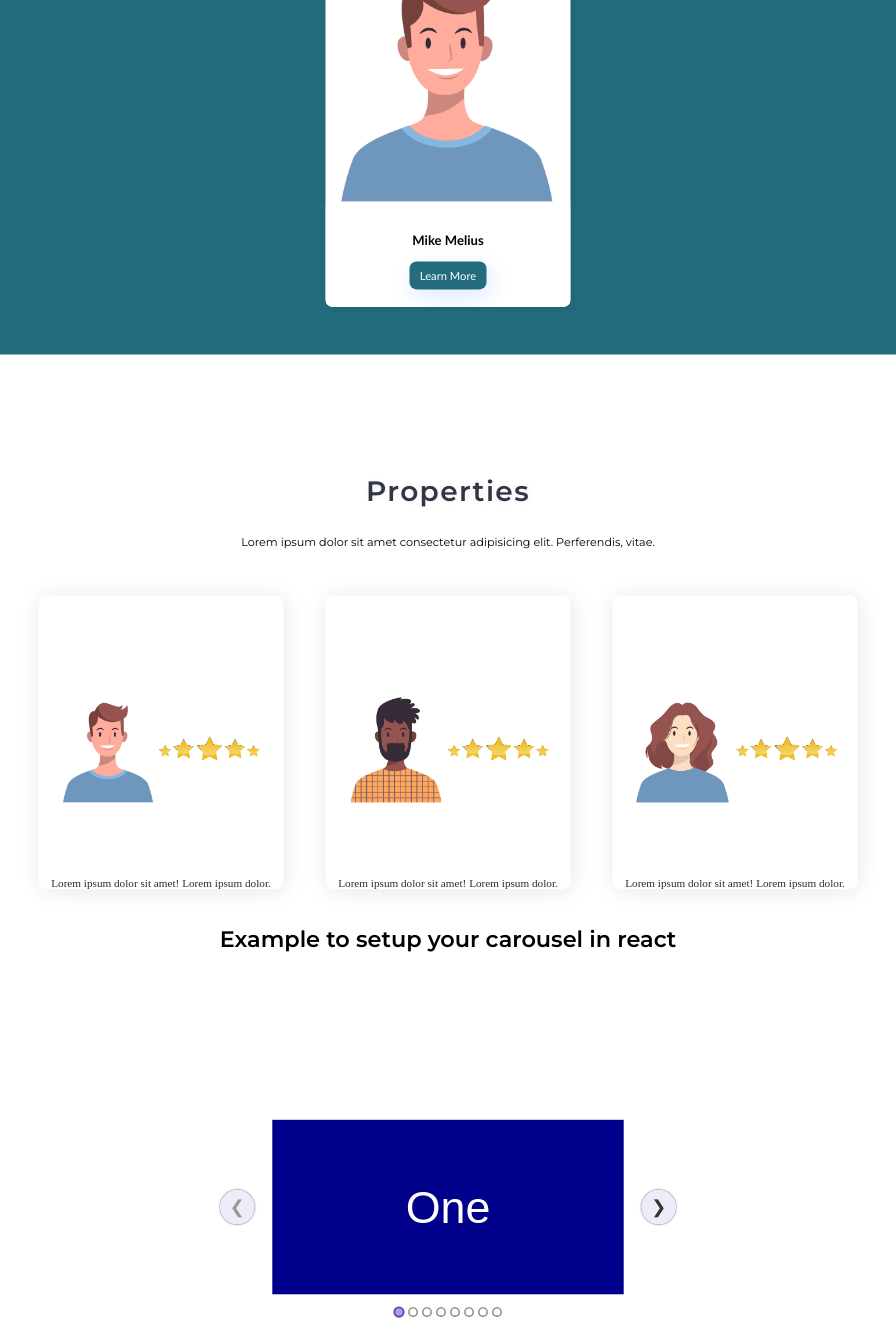
Repository: gabe126679/Mikes-site
Page: /
The author's editor kept a copy of each file at every save. The page is drawn from the files as they stood at one save, then again after the next save.
The browser window is 1280 px wide. The pictures show the part of the page from y = 2129 to 4049 px (the page is 4672 px tall), at 70% of full size.
Some web libraries are served in a nearby version. The project was rebuilt for these pictures with package versions that can differ from the ones it lists, and the page was loaded fresh each time.

Above is the page before, as saved 2022-04-19 11:44:59.

After the next save:
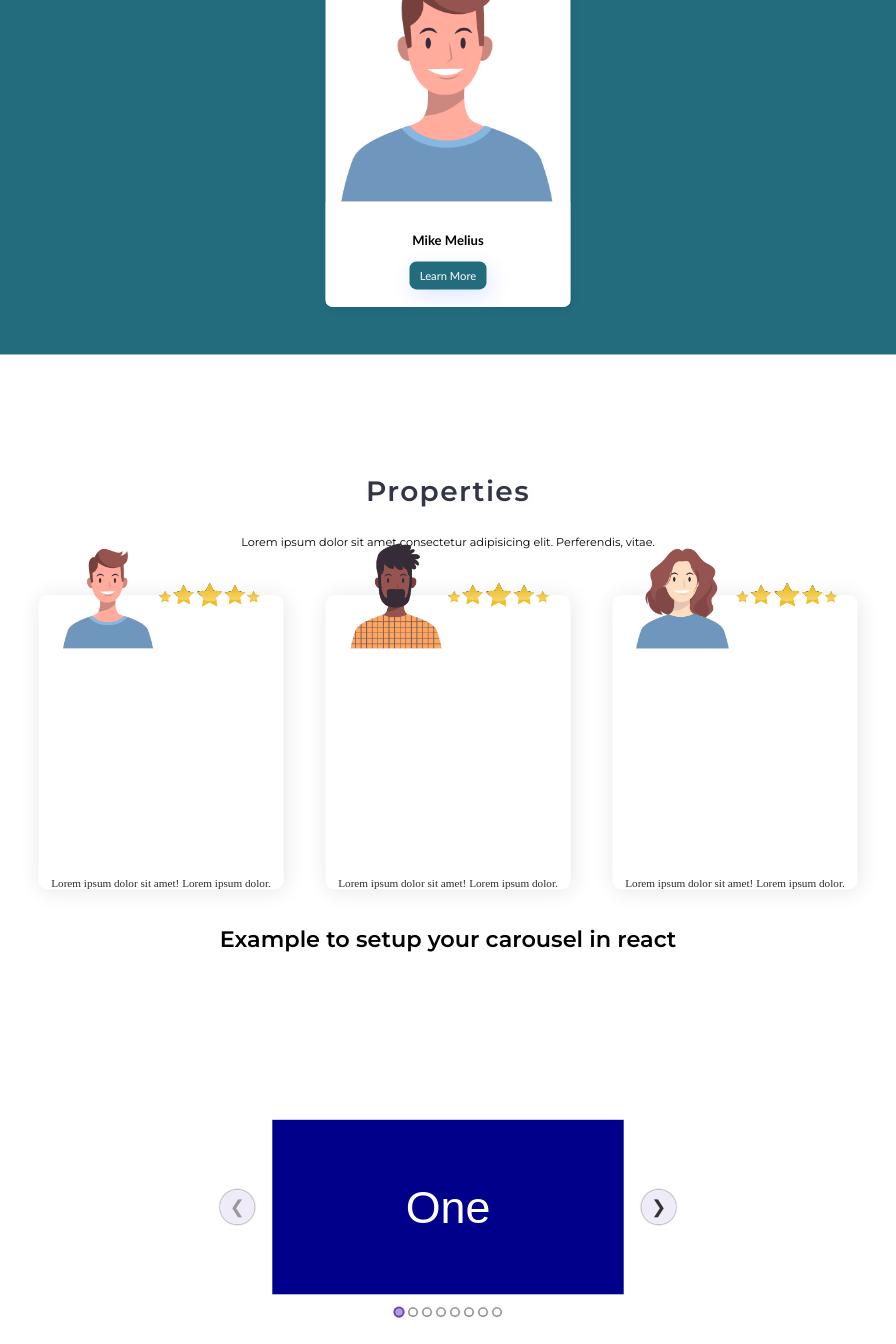
Saved 4 s later.
--- a/src/index.css
+++ b/src/index.css
@@ -341,7 +341,7 @@ nav .menu-btn,
   align-items: center;
   height: 100%;
   position: relative;
-  top: 20px;
+  top: -200px;
 }
 
 .p-heading{
